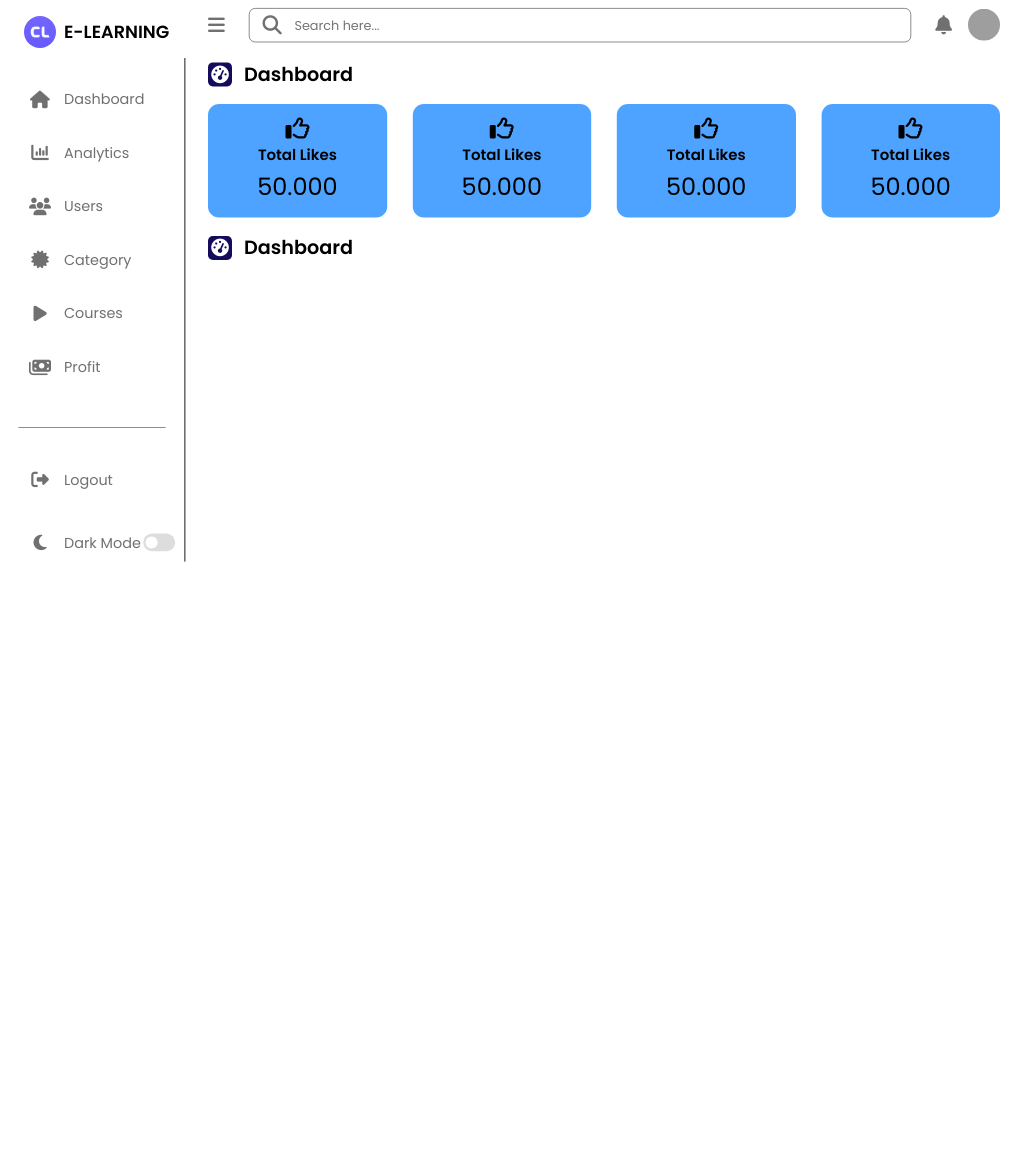
Repository: phamngocthang/practice-html-css
Page: Admin/dist/index.html
These files come from the project's save history. The page is drawn as it stood at one moment and after the next save; the edit follows.
The browser window is 1280 px wide. The pictures show the whole page, at 80% of full size.
Pictures or frames that could not be fetched are drawn as grey boxes. The style sheet was rebuilt from its Sass, Less or Tailwind sources for each picture, by a compiler version that may differ from the author's.

Above is the page before, as saved 2023-10-25 14:31:57.

After the next save:
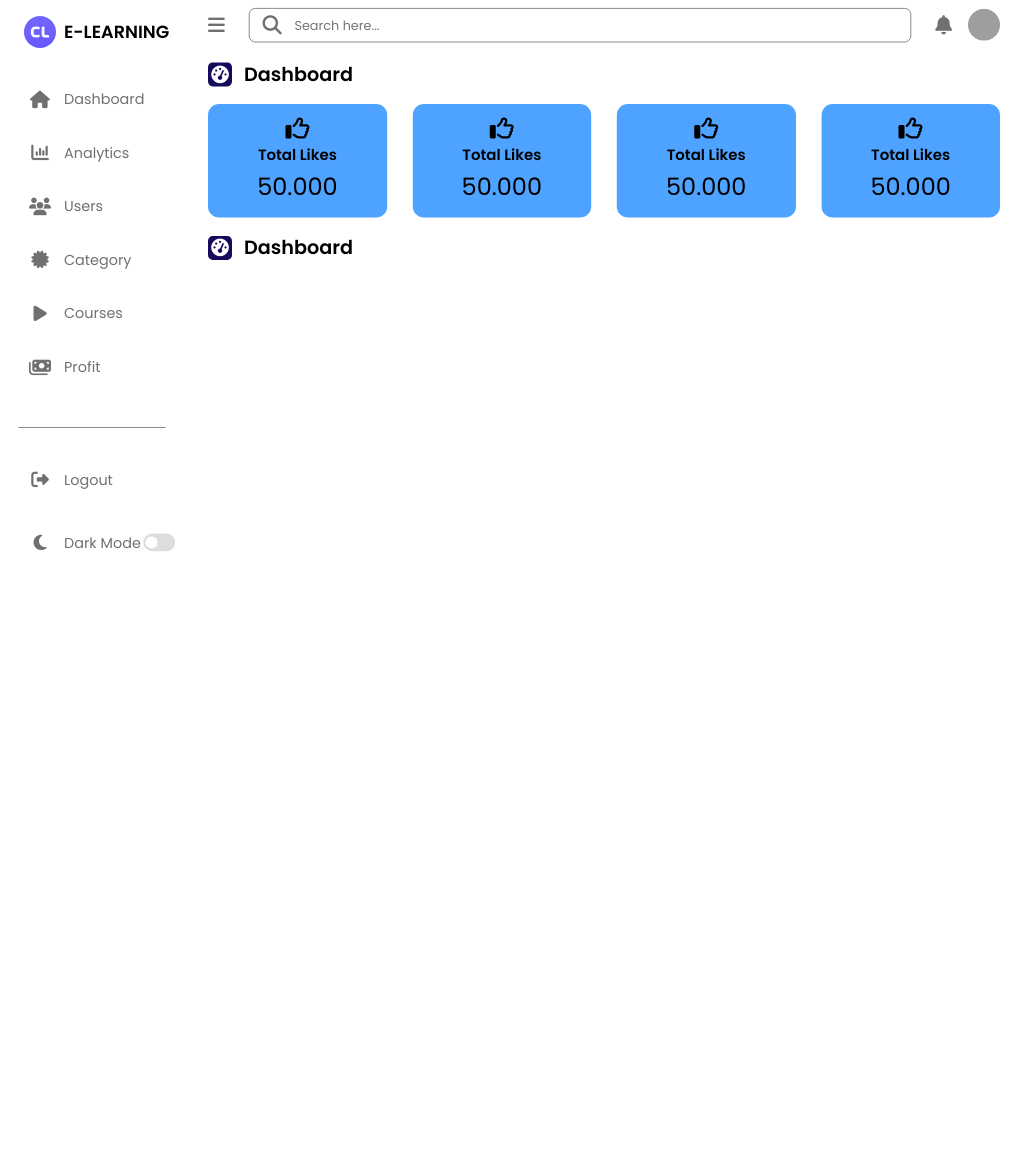
Saved 86 s later.
--- a/Admin/scss/main.scss
+++ b/Admin/scss/main.scss
@@ -219,17 +219,6 @@ nav.close {
     padding: 15px 30px 40px;
     transition: $tran-05;
 
-    &::before {
-        content: '';
-        width: 2px;
-        height: 95%;
-        background-color: var(--black-light-color);
-        left: 0;
-        top: 50%;
-        transform: translateY(-50%);
-        position: absolute;
-    }
-
     .top {
         position: fixed;
         top: 0;
